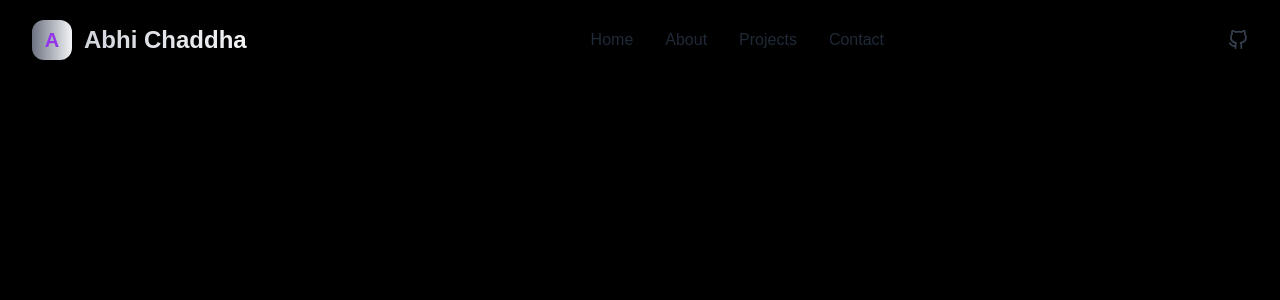
Repository: 532ab/portfolio-website
Page: /
These files come from the project's save history. The page is drawn as it stood at one moment and after the next save; the edit follows.
The browser window is 1280 px wide. The pictures show the whole page.
The project was rebuilt for these pictures with package versions that can differ from the ones it lists, and the page was loaded fresh each time. Also part of the build but not shown: vite.config.js.

Above is the page before, as saved 2026-01-25 12:06:08.

After the next save:
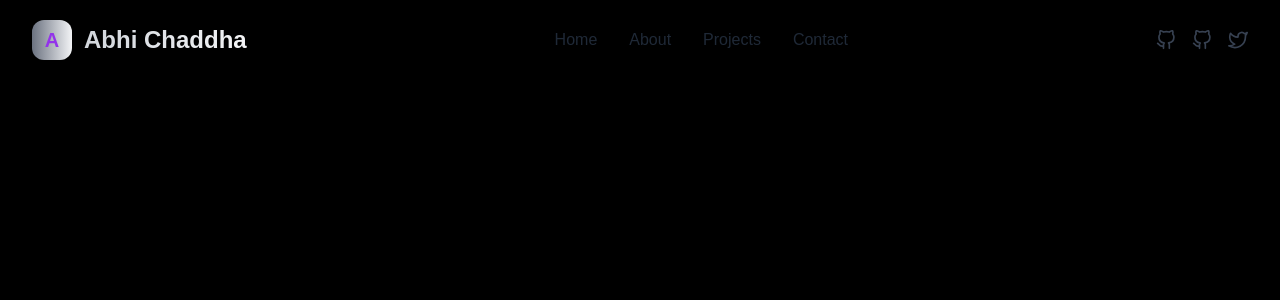
Saved 63 s later.
--- a/src/components/Header.jsx
+++ b/src/components/Header.jsx
@@ -1,6 +1,6 @@
 import { motion } from "framer-motion";
 import { a } from "framer-motion/client";
-import { FiGithub } from "react-icons/fi";
+import { FiGithub, FiTwitter, FiLinkedin } from "react-icons/fi";
 
 const Header = () => {
   return (
@@ -63,6 +63,24 @@
 
                         </FiGithub>
                     </motion.a>
+                     <motion.a
+                    initial = {{opacity: 0, scale: 0.5}}
+                    animate= {{opacity: 1, scale: 1}}
+                    transition = {{delay: 1.3, duration: 0.8}}
+                        className = "text-gray-700 dark:text-gray-300 hover:text-violet-600 dark:hover:text-violet-400 transition-colors" href = "#">
+                        <FiGithub className = "w-5 h-5">
+
+                        </FiGithub>
+                    </motion.a>
+                     <motion.a
+                    initial = {{opacity: 0, scale: 0.5}}
+                    animate= {{opacity: 1, scale: 1}}
+                    transition = {{delay: 1.3, duration: 0.8}}
+                        className = "text-gray-700 dark:text-gray-300 hover:text-violet-600 dark:hover:text-violet-400 transition-colors" href = "#">
+                        <FiTwitter className = "w-5 h-5">
+
+                        </FiTwitter>
+                    </motion.a>
             </div>
         </div>
     </header>
